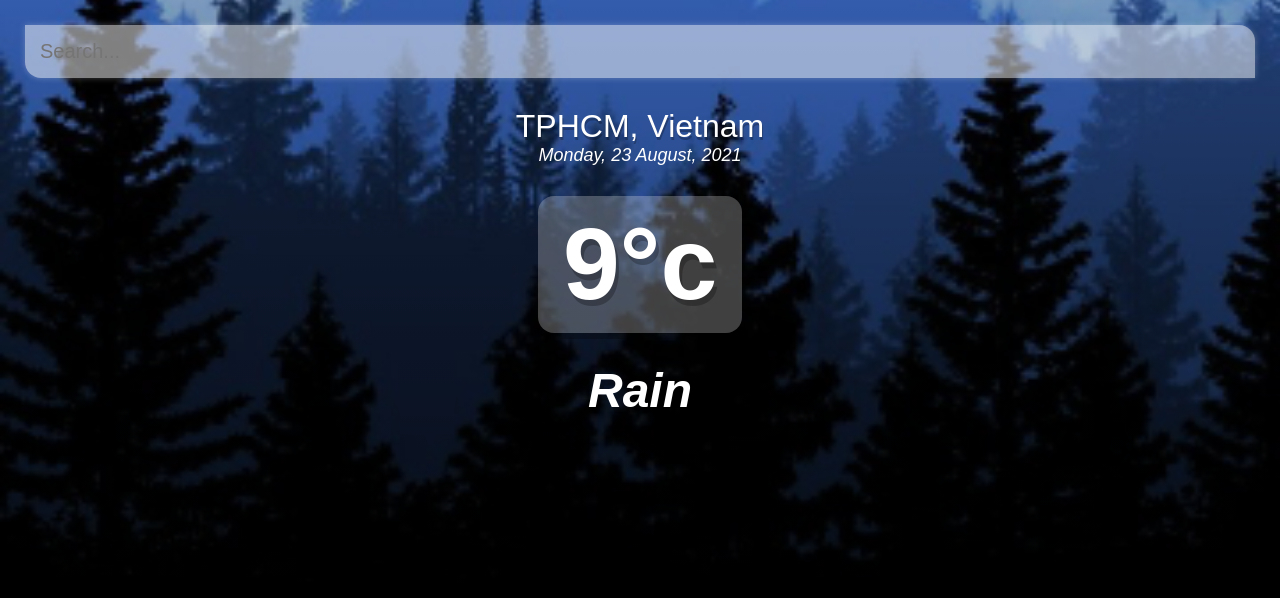
Repository: kate30980/weather-vuejs
Page: /
An editor plug-in stored every save of this project. The page is shown before and after the next save, followed by the edit.
The browser window is 1280 px wide. The pictures show the whole page.
The project was rebuilt for these pictures with package versions that can differ from the ones it lists, and the page was loaded fresh each time.

Above is the page before, as saved 2021-08-23 10:51:15.

After the next save:
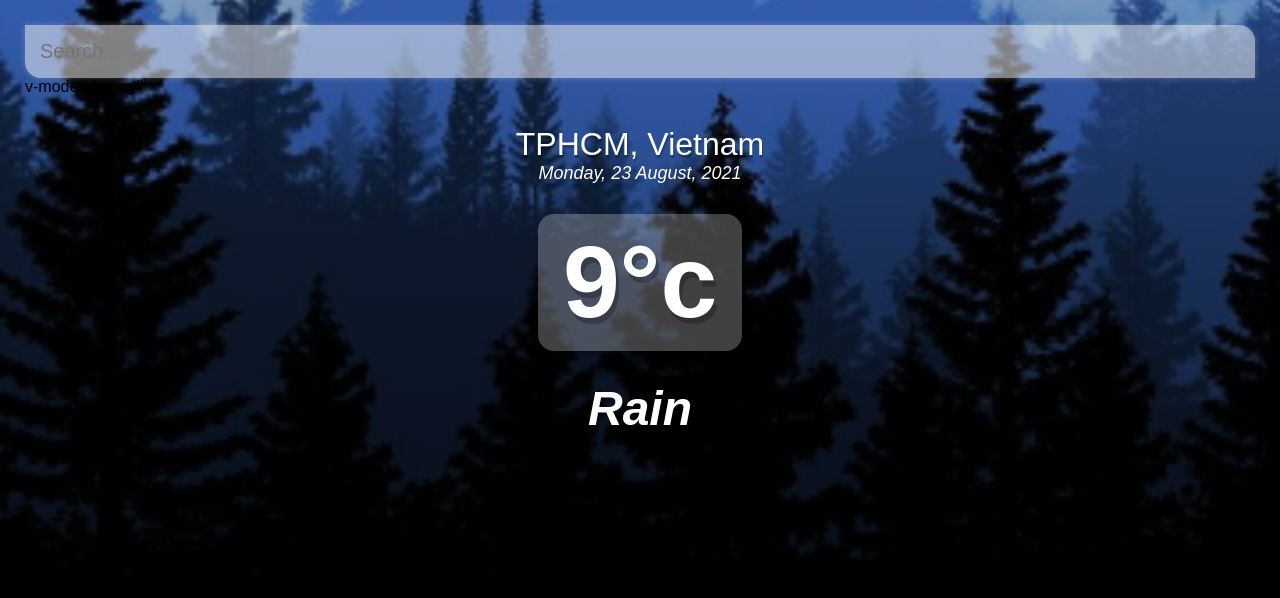
Saved 56 s later.
--- a/src/App.vue
+++ b/src/App.vue
@@ -7,6 +7,7 @@
         type="text"
         class="search-bar"
         placeholder="Search...">
+        v-model="query"
       </div>
 
       <div class="weather-wrap">

After the save that followed:
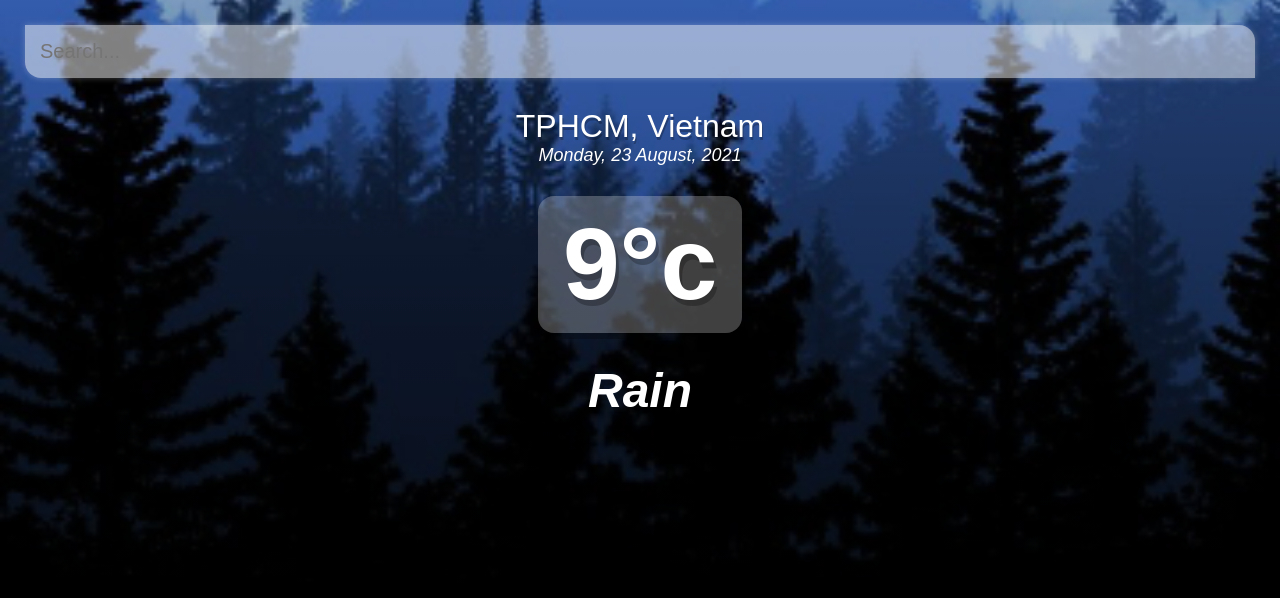
Saved 57 s later.
--- a/src/App.vue
+++ b/src/App.vue
@@ -6,8 +6,10 @@
         <input
         type="text"
         class="search-bar"
-        placeholder="Search...">
+        placeholder="Search..."
         v-model="query"
+        />
+
       </div>
 
       <div class="weather-wrap">
